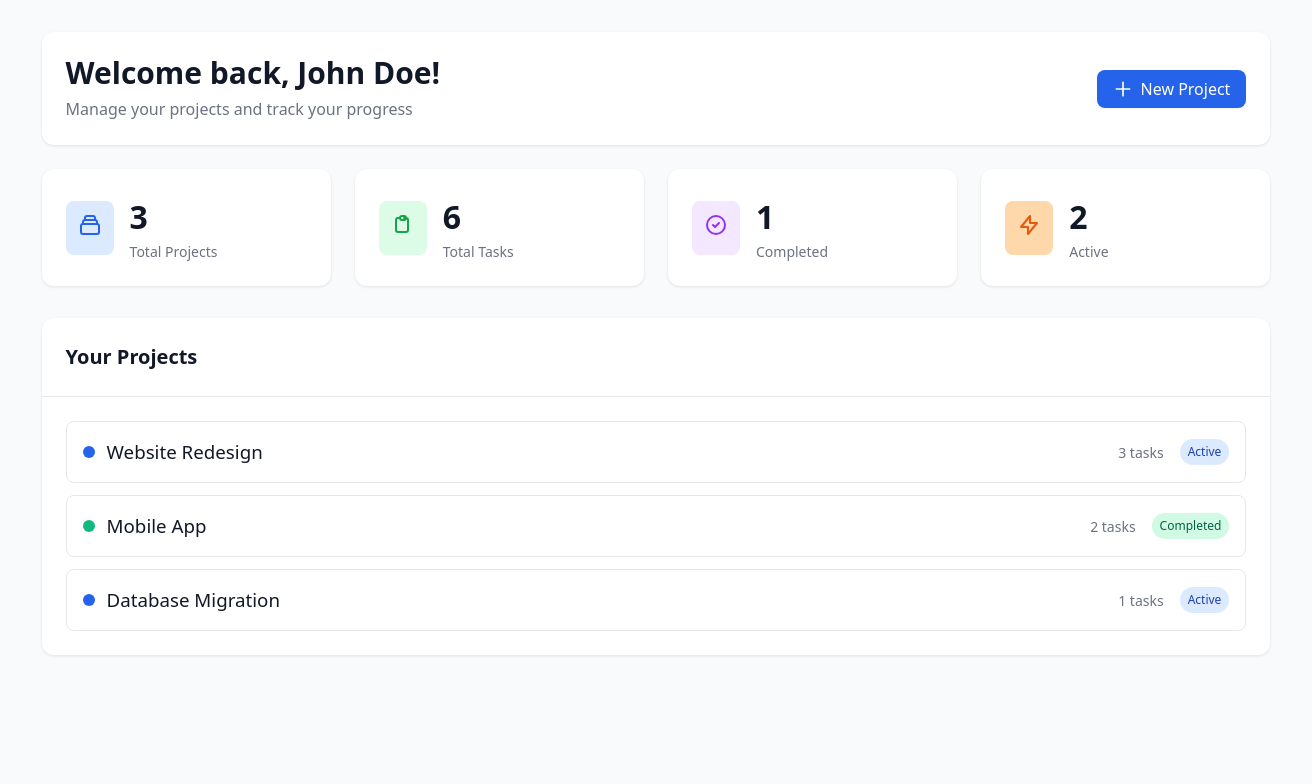
Repository: him021204/Task-Manager
Page: /dashboard (app in client/)
An editor plug-in stored every save of this project. The page is shown before and after the next save, followed by the edit.
The browser window is 1280 px wide. The page is 1312 px wide, so the pictures cover 1312 px, including what lies to the right of the window. The pictures show the whole page.
The page's requests for data from a server got no answer. The project was rebuilt for these pictures with package versions that can differ from the ones it lists, and the page was loaded fresh each time. Some packages were replaced by stand-ins written for this rebuild. No one was signed in, and anything a server would have sent is missing. Also part of the build but not shown: client/vite.config.js, client/src/pages/Login.jsx, client/src/pages/Register.jsx, client/src/pages/Analytics.jsx, client/src/pages/CalendarView.jsx.

Above is the page before, as saved 2025-06-15 16:35:55.

After the next save:
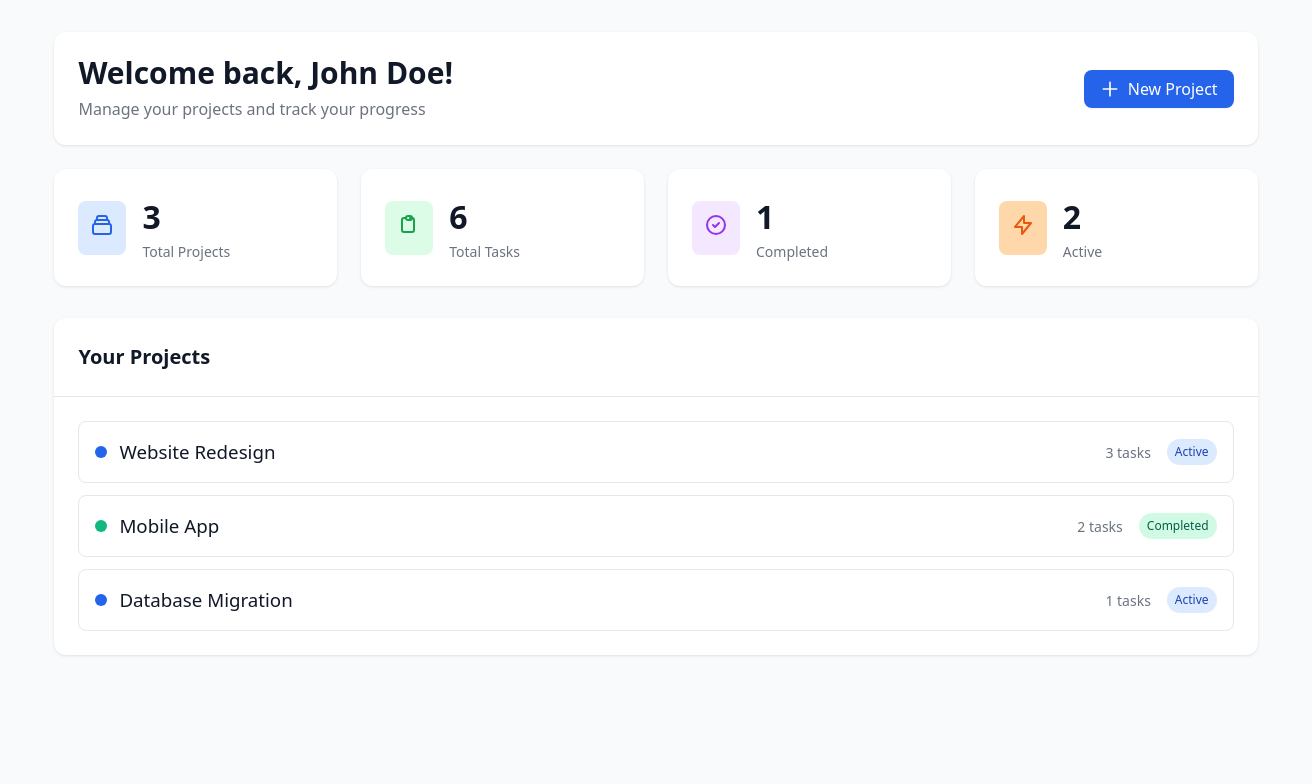
Saved 11 s later.
--- a/client/src/pages/Dashboard.css
+++ b/client/src/pages/Dashboard.css
@@ -7,7 +7,7 @@
 }
 
 .dashboard-container {
-  width: 96vw;
+  width: 94vw;
   margin: 0 auto;
 }
 
